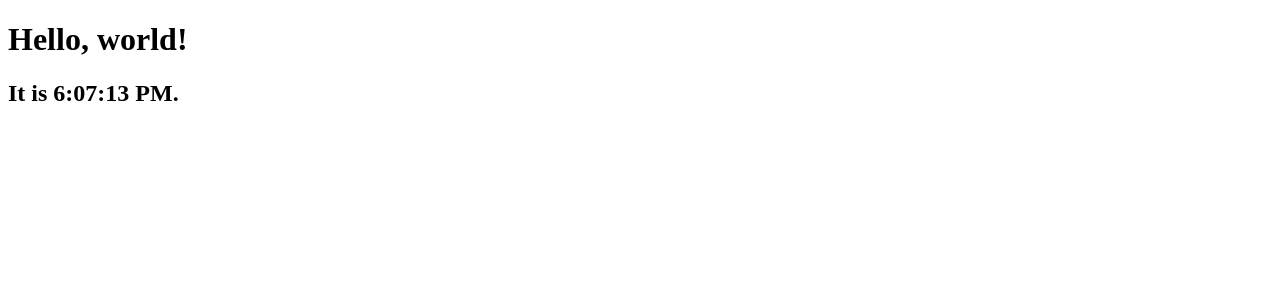
Repository: glgeorgiou/100-days-of-code-projects
Page: Front End Libraries Certification/4.React/react-test.html
The author's editor kept a copy of each file at every save. The page is drawn from the files as they stood at one save, then again after the next save.
The browser window is 1280 px wide. The pictures show the whole page.
Some web libraries are served in a nearby version.

Above is the page before, as saved 2019-06-10 13:17:17.
Console error: ReferenceError: tick is not defined

After the next save:
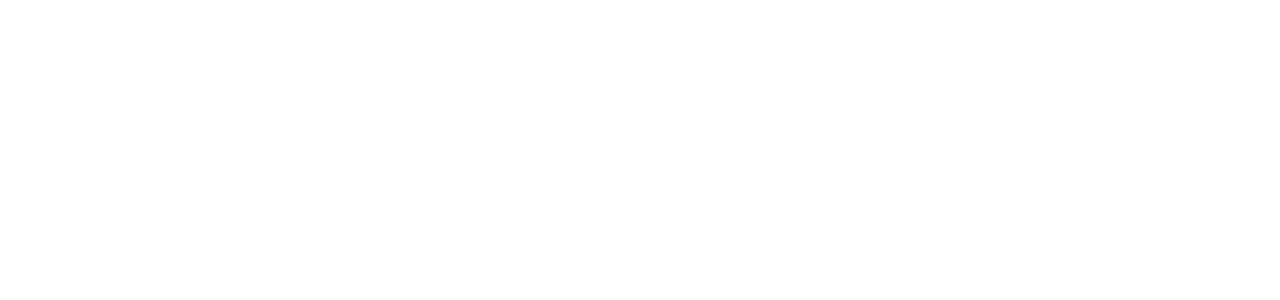
Saved 15 min 58 s later.
--- a/Front End Libraries Certification/4.React/react-test.html
+++ b/Front End Libraries Certification/4.React/react-test.html
@@ -48,9 +48,6 @@
         }
       }
 
-        ReactDOM.render(
-          <Clock />, document.getElementById('root')
-        );
 
 
       setInterval(tick, 1000);

After the save that followed:
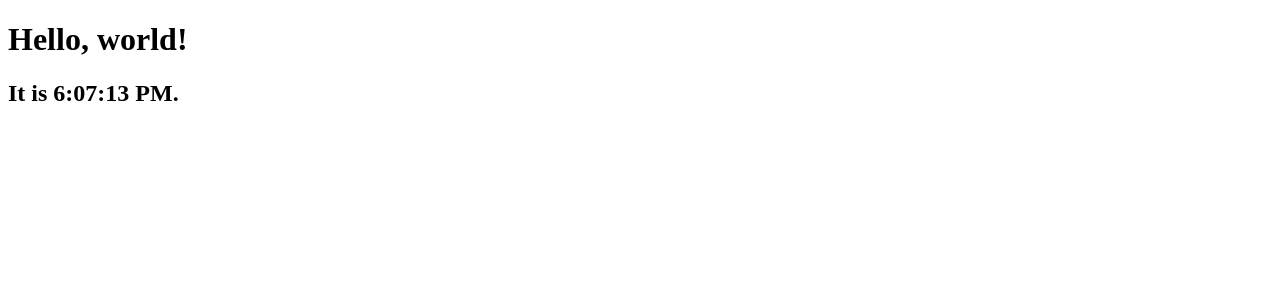
The error is gone.
Saved 17 s later.
--- a/Front End Libraries Certification/4.React/react-test.html
+++ b/Front End Libraries Certification/4.React/react-test.html
@@ -48,9 +48,12 @@
         }
       }
 
+        ReactDOM.render(
+          <Clock />, document.getElementById('root')
+        );
 
 
-      setInterval(tick, 1000);
+
     </script>
   </body>
 </html>
